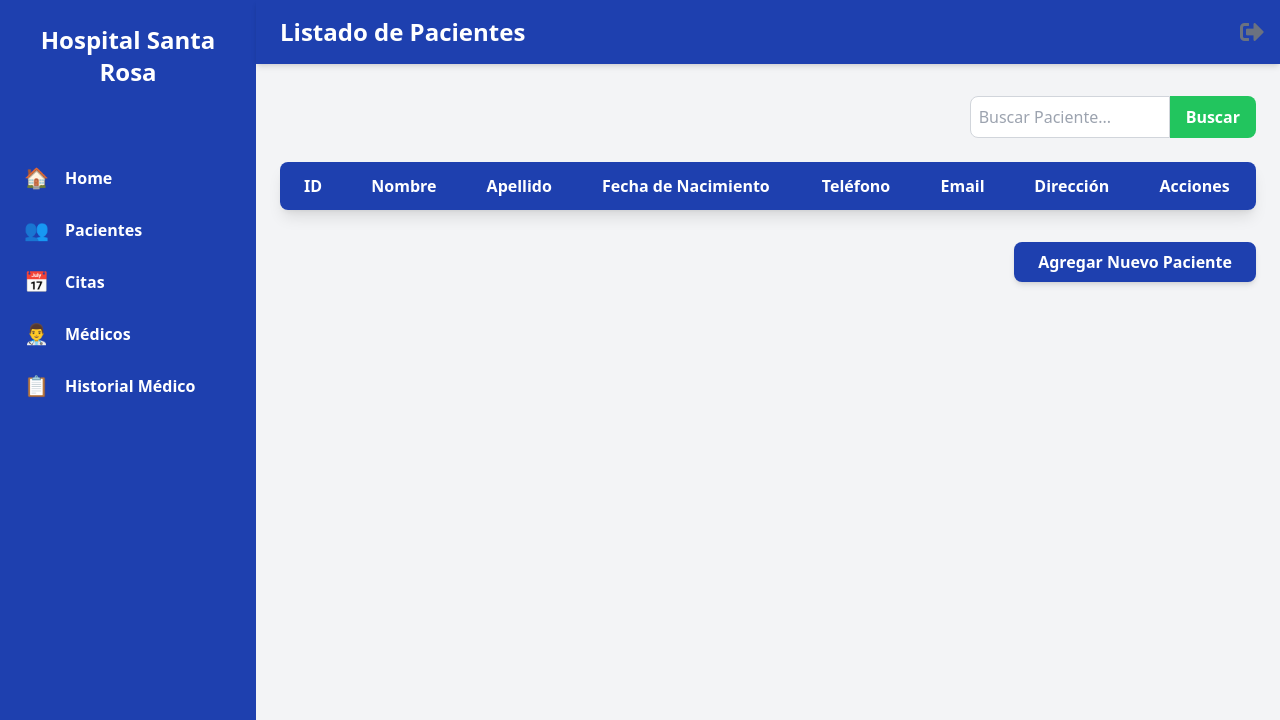
Repository: Valentino-Rospigliosi/ww
Page: http://localhost/listaPaciente
The author's editor kept a copy of each file at every save. The page is drawn from the files as they stood at one save, then again after the next save.
The browser window is 1280 px wide. The pictures show the whole page.
Some web libraries are served in a nearby version. The page is this project's Thymeleaf template; nobody is signed in. The template is opened directly, without the code that normally fills it, so the values that code supplies are empty.

Above is the page before, as saved 2025-07-01 23:58:41.

After the next save:
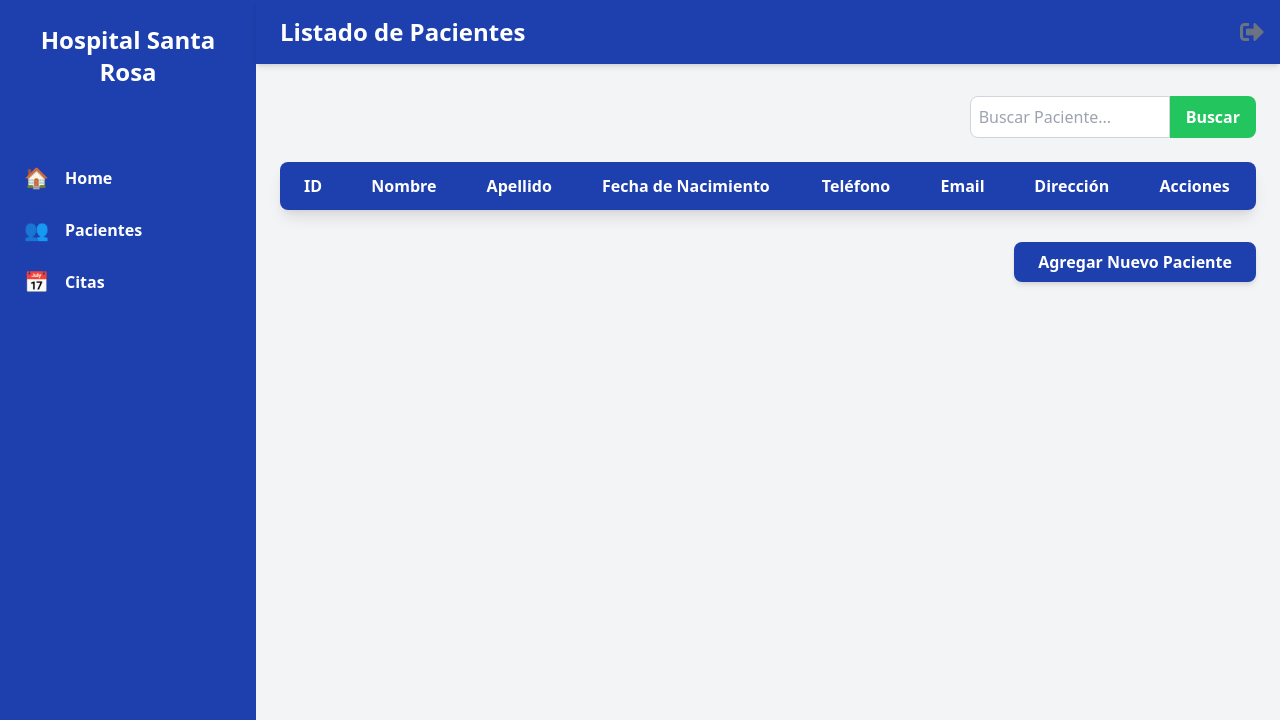
Saved 83 s later.
--- a/proy-citas-inkasalud/src/main/resources/templates/listaPaciente.html
+++ b/proy-citas-inkasalud/src/main/resources/templates/listaPaciente.html
@@ -30,6 +30,7 @@
                 <span class="text-xl">📅</span>
                 <a href="/citas/listar" class="ml-4 font-semibold">Citas</a>
             </li>
+			<!--
             <li class="px-6 py-3 hover:bg-blue-700 flex items-center">
                 <span class="text-xl">👨‍⚕️</span>
                 <a href="/medicos/listar" class="ml-4 font-semibold">Médicos</a>
@@ -37,6 +38,7 @@
             <li class="px-6 py-3 hover:bg-blue-700 flex items-center">
                 <span class="text-xl">📋</span>
                 <a href="/historial/listar" class="ml-4 font-semibold">Historial Médico</a>
+			Contenido principal -->
             </li>
         </ul>
     </nav>
